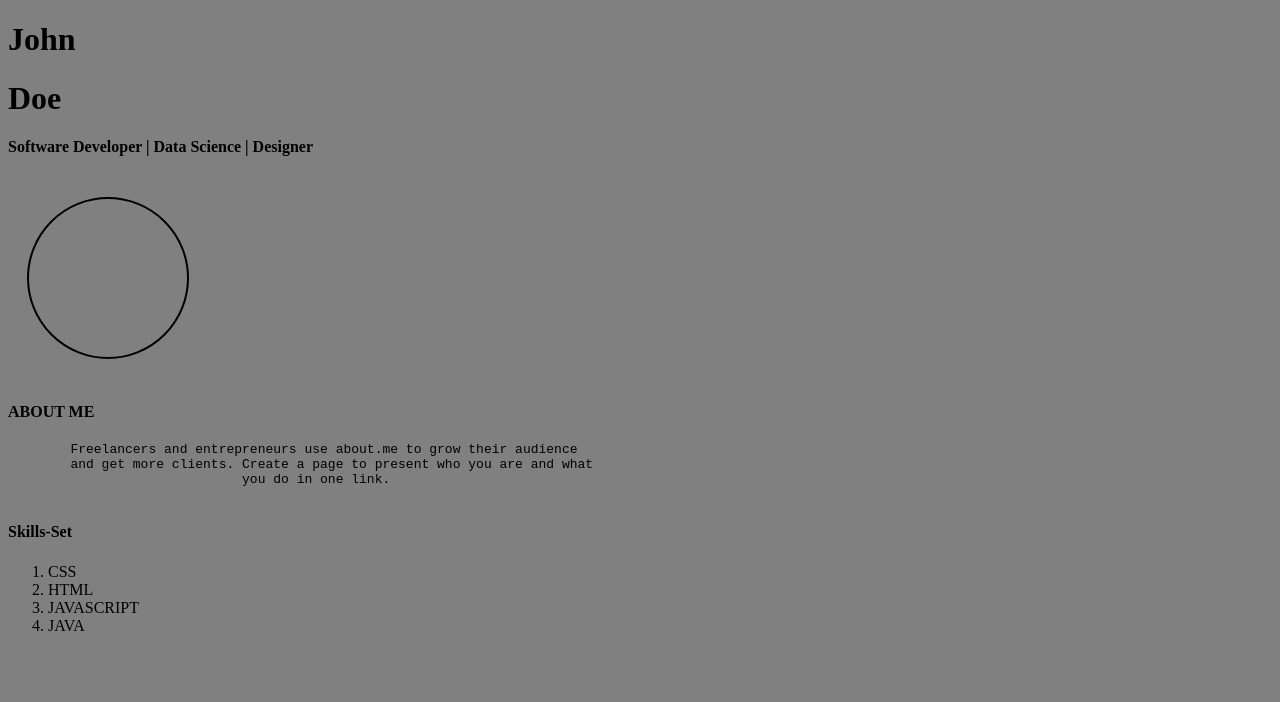
Repository: mrjayajay/week-1-code-challenges
Page: assignment/index.html
The author's editor kept a copy of each file at every save. The page is drawn from the files as they stood at one save, then again after the next save.
The browser window is 1280 px wide. The pictures show the whole page.

Above is the page before, as saved 2024-03-10 17:09:13.

After the next save:
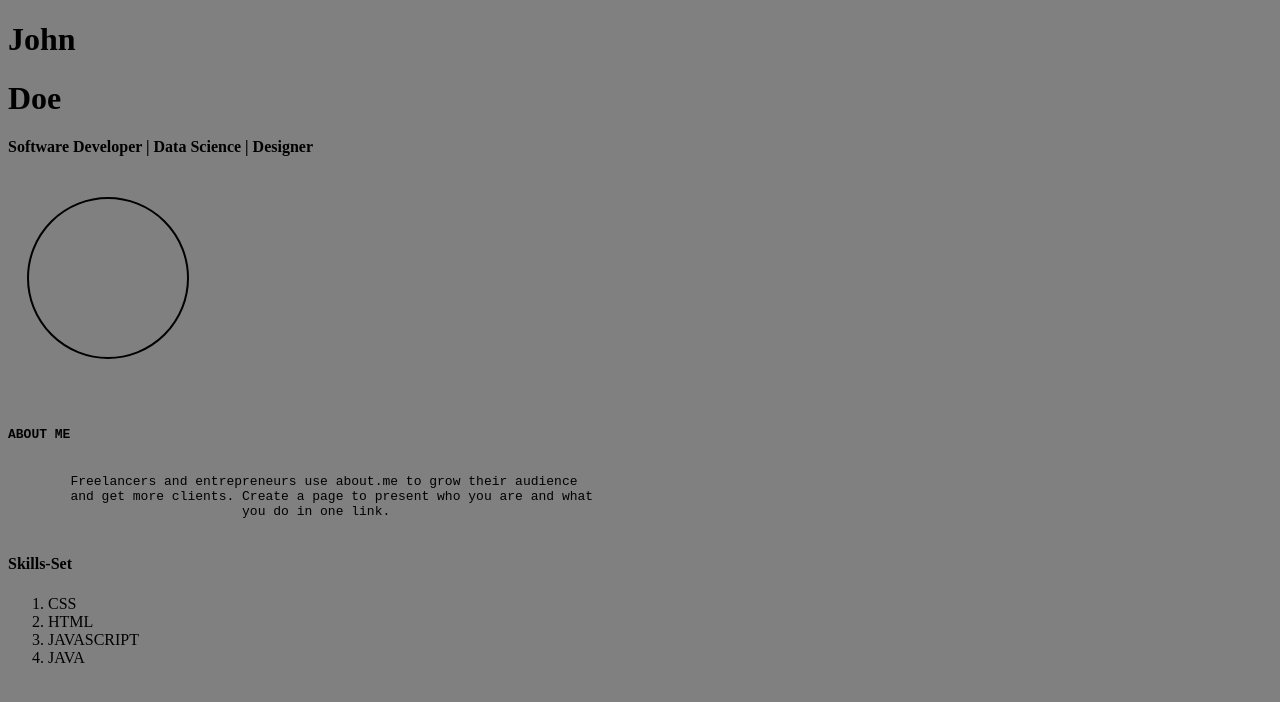
Saved 56 s later.
--- a/assignment/index.html
+++ b/assignment/index.html
@@ -17,8 +17,8 @@
     <circle cx="100" cy="100" r="80" fill="GREY" stroke="black" stroke-width="2"/></svg>
 
     </div>
+    <pre>
     <h4 text-align="centre">ABOUT ME</h4>
-    <pre>
         Freelancers and entrepreneurs use about.me to grow their audience
         and get more clients. Create a page to present who you are and what
                               you do in one link.
